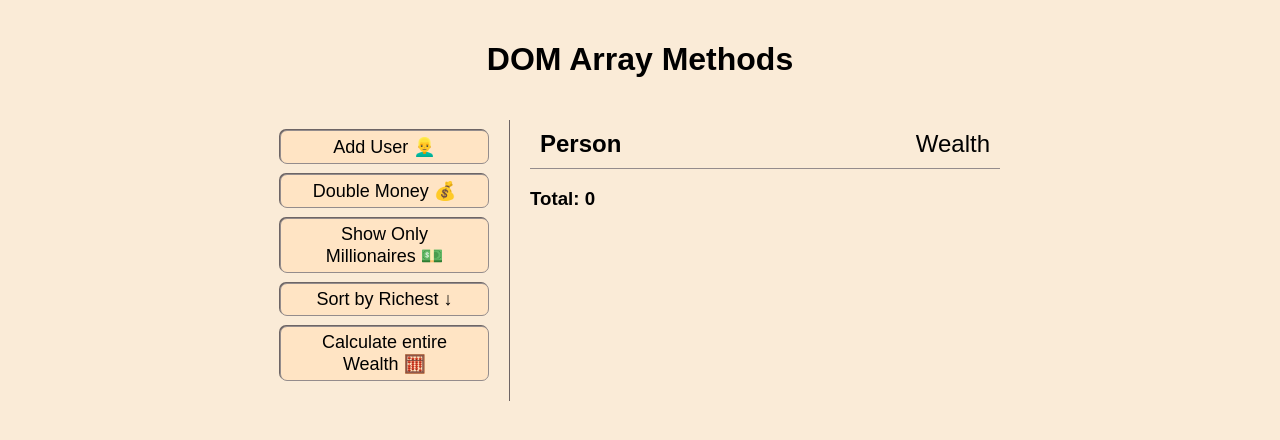
Repository: AbrorjonKuchkarov/DOM-Array-Methods
Page: index.html
The author's editor kept a copy of each file at every save. The page is drawn from the files as they stood at one save, then again after the next save.
The browser window is 1280 px wide. The pictures show the whole page.
After loading, the first visible `#calculate-wealth` was clicked once.
The page's requests for data from a server got no answer.

Above is the page before, as saved 2022-02-24 18:15:13.

### index.html
<!DOCTYPE html>
<html lang="en">
<head>
   <meta charset="UTF-8">
   <meta http-equiv="X-UA-Compatible" content="IE=edge">
   <meta name="viewport" content="width=device-width, initial-scale=1.0">
   <link rel="stylesheet" href="style.css">
   <title>DOM Array Methods</title>
</head>
<body>
   <h1>DOM Array Methods</h1>
      <div class="container">
         <aside class="btns">
            <button id="add-user">Add User 👱‍♂️</button>
            <button id="double">Double Money 💰</button>
            <button id="show-millionaires">Show Only Millionaires 💵</button>
            <button id="sort">Sort by Richest ↓</button>
            <button id="calculate-wealth">Calculate entire Wealth 🧮</button>
         </aside>

         <main id="main">
            <h2><strong>Person</strong> Wealth</h2>
         </main>


      </div>



   <script src="app.js"></script>
</body>
</html>

### style.css
*{
   box-sizing: border-box;
}

body{
   margin: 0;
   padding: 20px;
   display: flex;
   flex-direction: column;
   align-items: center;
   height: 100vh;
   font-family: Arial, Helvetica, sans-serif;
   background-color: antiquewhite;
}

.container{
   display: flex;
   max-width: 100%;
   width: 800px;
   padding: 20px;
   margin: 0 auto;
}

aside {
   padding: 10px 20px;
   border-right: 1px solid #6d6565;
   width: 250px;
}

button {
   display: block;
   width: 100%;
   font-size: 18px;
   margin-bottom: 10px;
   border-radius: 7px;
   outline: none;
   padding: 5px 15px;
   border: 1px solid rgb(148, 140, 140);
   background-color: bisque;
   box-shadow: -1px -1px #6d6565;
}

button:hover {
   box-shadow: 1px 1px #6d6565;
   cursor: pointer;
}

main{
   flex: 1;
   padding: 10px 20px;
}

h2{
   border-bottom: 1px solid rgb(148, 140, 140);
   display: flex;
   justify-content: space-between;
   font-weight: 300;
   padding: 0 10px 10px 10px;
   margin: 0px;
}

.person{
   display: flex;
   justify-content: space-between;
   padding: 5px;
   font-size: 17px;
}

### app.js
const addUser = document.getElementById('add-user');
const double = document.getElementById('double');
const showMillionaires = document.getElementById('show-millionaires');
const sort = document.getElementById('sort');
const calculateWealth = document.getElementById('calculate-wealth');

const main = document.querySelector('#main');

let data = [];



async function getRandomUser() {
   const res = await fetch('https://randomuser.me/api');
   const users = await res.json();

   const user = users.results[0];

   const newData = {
      name: `${user.name.first} ${user.name.last}`,
      money: Math.floor(Math.random()*1000000)
   }

   addData(newData);
}

getRandomUser();
getRandomUser();
getRandomUser();



// Add newuser to Data array
function addData(newData){
 data.push(newData);

 updateDOM()
}

function updateDOM ( providedData = data ){
   main.innerHTML = `<h2><strong>Person</strong>Wealth</h2>`;

   providedData.forEach(item => {
      const element = document.createElement('div');
      element.classList.add('person');
      element.innerHTML = `<strong>${item.name}</strong>${formatMoney(item.money)} `;
      main.appendChild(element)
   })
}

function formatMoney (number){
   return '$' + number.toFixed(2).replace(/\d(?=(\d{3})+\.)/g, '$&,');
}

//Double Money
function doubleMoney () {
   data = data.map(user => {
      return {...user, money:user.money*2}
   })

   updateDOM()
}

//Show only Millionaires by filter
function showMillionaire (){
   data = data.filter(user => user.money > 1000000);

   updateDOM()
}

//Sort by Riches
function sortRich(){
   data = data.sort((a,b) => b.money - a.money);

   updateDOM()
}

// calculate total wealth by reduce
function calculateTotalWealth (){
   const wealth = data.reduce((acc, num) => (acc += num.money), 0 );

   const wealthEl = document.createElement('div');
   wealthEl.innerHTML = `<h3> <strong>Total:</strong> ${wealth} </h3>`
   main.appendChild(wealthEl)
}

addUser.addEventListener('click', getRandomUser);
double.addEventListener('click', doubleMoney);
showMillionaires.addEventListener('click', showMillionaire);
sort.addEventListener('click', sortRich);
calculateWealth.addEventListener('click', calculateTotalWealth);

After the next save:
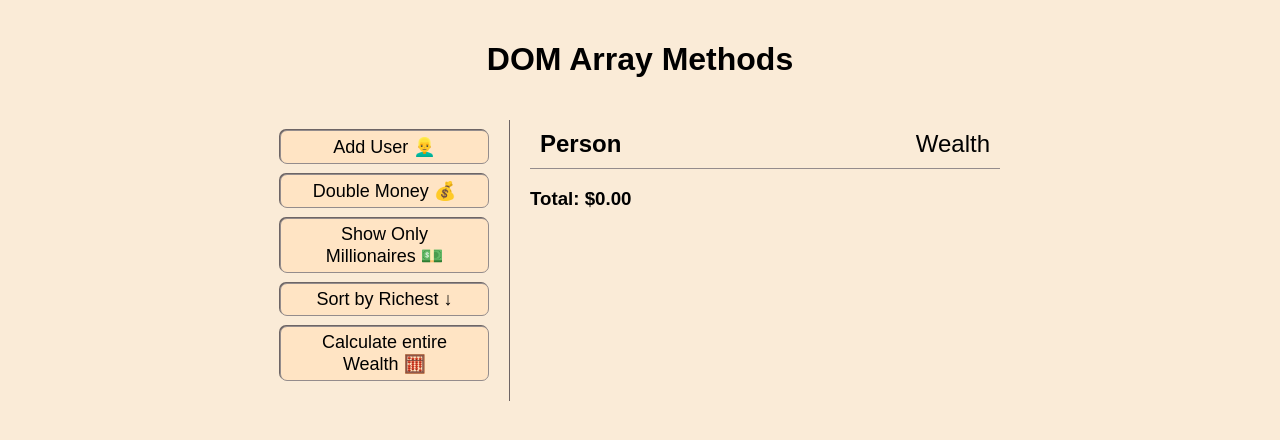
Saved 2 min 15 s later.
--- a/app.js
+++ b/app.js
@@ -80,8 +80,8 @@ function calculateTotalWealth (){
    const wealth = data.reduce((acc, num) => (acc += num.money), 0 );
 
    const wealthEl = document.createElement('div');
-   wealthEl.innerHTML = `<h3> <strong>Total:</strong> ${wealth} </h3>`
-   main.appendChild(wealthEl)
+   wealthEl.innerHTML = `<h3> <strong>Total:</strong> ${formatMoney(wealth)} </h3>`
+   main.appendChild(wealthEl);
 }
 
 addUser.addEventListener('click', getRandomUser);
